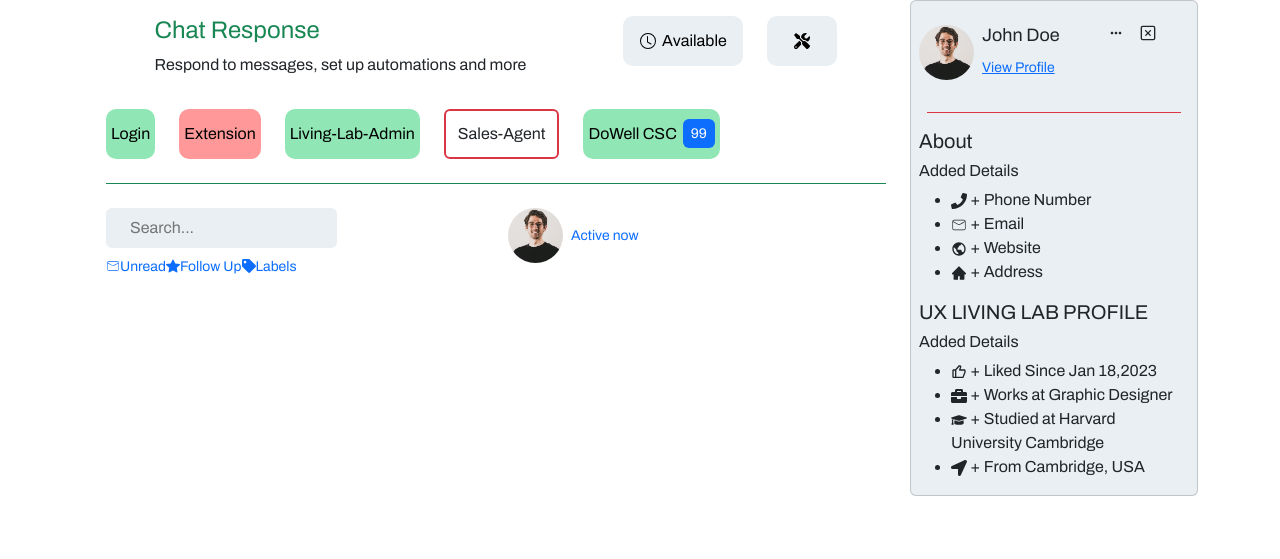
Repository: uh-sman/UX-Living-Lab-Chat
Page: /
The author's editor kept a copy of each file at every save. The page is drawn from the files as they stood at one save, then again after the next save.
The browser window is 1280 px wide. The pictures show the whole page.
The project was rebuilt for these pictures with package versions that can differ from the ones it lists, and the page was loaded fresh each time.

Above is the page before, as saved 2023-05-10 17:10:36.

### public/index.html
<!DOCTYPE html>
<html lang="en">
  <head>
    <meta charset="utf-8" />
    <link rel="icon" href="%PUBLIC_URL%/favicon.ico" />
    <meta name="viewport" content="width=device-width, initial-scale=1" />
    <meta name="theme-color" content="#000000" />
    <meta
      name="description"
      content="Web site created using create-react-app"
    />
    <link rel="apple-touch-icon" href="%PUBLIC_URL%/logo192.png" />
    <!--
      manifest.json provides metadata used when your web app is installed on a
      user's mobile device or desktop. See https://developers.google.com/web/fundamentals/web-app-manifest/
    -->
    <link rel="manifest" href="%PUBLIC_URL%/manifest.json" />
    <!-- font awsome CDN -->

    <link
      rel="stylesheet"
      href="https://cdn.jsdelivr.net/npm/@fortawesome/fontawesome-free@6.2.1/css/fontawesome.min.css"
      integrity="sha384-QYIZto+st3yW+o8+5OHfT6S482Zsvz2WfOzpFSXMF9zqeLcFV0/wlZpMtyFcZALm"
      crossorigin="anonymous"
    />
    <!--
      Notice the use of %PUBLIC_URL% in the tags above.
      It will be replaced with the URL of the `public` folder during the build.
      Only files inside the `public` folder can be referenced from the HTML.

      Unlike "/favicon.ico" or "favicon.ico", "%PUBLIC_URL%/favicon.ico" will
      work correctly both with client-side routing and a non-root public URL.
      Learn how to configure a non-root public URL by running `npm run build`.
    -->
    <title>React App</title>
  </head>
  <body>
    <noscript>You need to enable JavaScript to run this app.</noscript>
    <div id="root"></div>
    <!--
      This HTML file is a template.
      If you open it directly in the browser, you will see an empty page.

      You can add webfonts, meta tags, or analytics to this file.
      The build step will place the bundled scripts into the <body> tag.

      To begin the development, run `npm start` or `yarn start`.
      To create a production bundle, use `npm run build` or `yarn build`.
    -->
  </body>
</html>

### src/index.css
* {
  text-decoration: none;
}

### src/App.js
import "./App.css";
import "bootstrap/dist/css/bootstrap.min.css";
import "bootstrap/dist/js/bootstrap.bundle.min";
import Container from "./container";
function App() {
  return (
    <div className="App">
      <Container />
    </div>
  );
}

export default App;

### src/App.css
@import url("https://fonts.googleapis.com/css2?family=Archivo&display=swap");
:root {
  --header-color: #0d7813;
  /* --button-color :#00000;
  --button-color :#90E7B5; */
  --bg-color: #e9eff3;
  /* #90E7B5 */

  --font: "Archivo", sans-serif;
}

* {
  text-decoration: none;
  /* list-style: none; */
  font-family: "Archivo", sans-serif;
}

.body {
  font-family: "Archivo", sans-serif;
}
.header {
  color: var(--header-color);
  font-family: "Archivo", sans-serif;
}
.button {
  display: flex;
  align-items: center;
  background: var(--bg-color);
  justify-content: center;
  height: 50px;
  width: 120px;
  gap: 6px;
  border: none;
  border-radius: 10px;
}
.button2 {
  display: flex;
  align-items: center;
  background: var(--bg-color);
  justify-content: center;
  height: 50px;
  width: 70px;
  gap: 6px;
  border: none;
  border-radius: 10px;
}
.button3 {
  display: flex;
  align-items: center;
  background: #90e7b5;
  justify-content: center;
  height: 50px;
  max-width: contain;
  padding: 0px 5px;
  gap: 6px;
  border: none;
  border-radius: 10px;
}
.button4 {
  display: flex;
  align-items: center;
  background: #ff9898;
  justify-content: center;
  height: 50px;
  max-width: contain;
  padding: 0px 5px;
  gap: 6px;
  border: none;
  border-radius: 10px;
}
.image-style {
  width: 55px;
  height: 55px;
  border-radius: 500px;
}
.cardBody {
  background-color: var(--bg-color);
}
.input {
  border: var(--bg-color);
  outline: none;
  background: var(--bg-color);
}

### src/container/index.js
import React from "react";
import ChatSection from "./ChatSection";
import DetailsSection from "./DetailsSection";
const Container = () => {
  return (
    <div className="container">
      <div className="d-flex justify-content-around">
        <ChatSection />
        <DetailsSection />
      </div>
    </div>
  );
};

export default Container;

### src/container/ChatSection.js
import React from "react";
import ChatHeader from "./ChatItems/ChatHeader";
import ProfileHead from "./Chats/message/ProfileHead";
import SearchBar from "./Chats/SearchBar";

const ChatSection = () => {
  return (
    <div className="container">
      <ChatHeader />
      {/* chats come here */}
      <div className="d-flex my-2">
        <SearchBar />
        <ProfileHead />
      </div>
    </div>
  );
};

export default ChatSection;

### src/container/DetailsSection.jsx
import React from "react";
import user from "../assets/user.jpg";
import AboutDetails from "./Details/AboutDetails";
import DetailsSectionButton from "./DetailsSectionButton";
const DetailsSection = ({ title, about }) => {
  return (
    <div>
      <div
        className="card"
        style={{ width: "18rem", backgroundColor: "#e9eff3" }}
      >
        <div className="mx-2">
          <div className="d-flex gap-5 mt-4 ">
            <figure className="d-flex gap-2">
              <img src={user} className=" image-style" />
              <div className="">
                <h4 className="body fw-bold" style={{ fontSize: "18px" }}>
                  {title}
                </h4>
                <a href="" className="fw-bold" style={{ fontSize: "14px" }}>
                  View Profile
                </a>
              </div>
            </figure>
            <DetailsSectionButton />
          </div>
          <div className="border-bottom border-danger mx-2 my-3"></div>
          <div className=""></div>
          {/* DETAILS */}
          <AboutDetails />
        </div>
      </div>
    </div>
  );
};
DetailsSection.defaultProps = {
  title: "John Doe",
  about: "About",
};

export default DetailsSection;

### src/container/ChatItems/ChatHeader.jsx
import React from "react";
import Buttons from "./Buttons";
import HeaderButtons from "./HeaderButtons";

const ChatHeader = ({ title, caption }) => {
  return (
    <div className="container">
      <div className=" d-flex justify-content-around my-3">
        <header>
          <h1 className="header fs-4 fw-bold text-success">{title}</h1>
          <p className="fw-medium  Header-font">{caption}</p>
        </header>
        <HeaderButtons />
      </div>
      <Buttons />
      <div className="border-bottom border-success my-4"></div>
    </div>
  );
};

export default ChatHeader;
ChatHeader.defaultProps = {
  title: "Chat Response",
  caption: "Respond to messages, set up automations and more",
};

### src/container/Chats/message/ProfileHead.jsx
import React from "react";
import { FaTrashAlt } from "react-icons/fa";
import user from "../../../assets/user.jpg";
const ProfileHead = () => {
  return (
    <div className="container w-full">
      <div className="d-flex">
        <figure className="d-flex gap-2 align-items-center">
          <img src={user} className=" image-style" />
          <div className="">
            {/* Status active now if true show active */}
            <small className="text-primary">Active now</small>
          </div>
        </figure>
      </div>
    </div>
  );
};

export default ProfileHead;

### src/container/Chats/SearchBar.jsx
import React from "react";
import { FaSearch } from "react-icons/fa";
import Icons from "./Icons";
// BsStarFill;
const SearchBar = () => {
  return (
    <div className="container">
      <div className="overflow-y-scroll">
        <form>
          <input
            className="input rounded bi bi-search py-2 px-4"
            placeholder="Search..."
          />
          <i className="bi bi-search"></i>
        </form>
        <Icons />
      </div>
    </div>
  );
};

export default SearchBar;

### src/container/Details/AboutDetails.jsx
import React from "react";
import {
  FaPhone,
  FaBriefcase,
  FaGraduationCap,
  FaLocationArrow,
} from "react-icons/fa";
import { CiMail } from "react-icons/ci";
import { BiWorld, BiLike } from "react-icons/bi";
import { AiFillHome } from "react-icons/ai";
const AboutDetails = ({ title, ux }) => {
  const data = [
    {
      phone: "Phone Number",
      email: "Email",
      web: "Website",
    },
  ];
  return (
    <div>
      <div className="">
        <h5>{title}</h5>
        <main>
          <h6>Added Details</h6>
          <div className="">
            <ul>
              <li>
                <FaPhone /> + Phone Number
              </li>
              <li>
                <CiMail /> + Email
              </li>
              <li>
                <BiWorld /> + Website
              </li>
              <li>
                <AiFillHome /> + Address
              </li>
            </ul>
          </div>
        </main>
      </div>
      <div className="">
        <h5>{ux}</h5>
        <main>
          <h6>Added Details</h6>
          <div className="">
            <ul>
              <li>
                <BiLike /> + Liked Since Jan 18,2023
                {/* date from the api */}
              </li>
              <li>
                <FaBriefcase /> + Works at Graphic Designer
              </li>
              <li>
                <FaGraduationCap /> + Studied at Harvard University Cambridge
                {/* Place of work from the api */}
              </li>
              <li>
                <FaLocationArrow /> + From Cambridge, USA
              </li>
            </ul>
          </div>
        </main>
      </div>
    </div>
  );
};

export default AboutDetails;

AboutDetails.defaultProps = {
  title: "About",
  ux: "UX LIVING LAB PROFILE",
};

### src/container/DetailsSectionButton.jsx
import React from "react";
import { MdOutlineMoreHoriz } from "react-icons/md";
import { CgCloseR } from "react-icons/cg";
const DetailsSectionButton = () => {
  return (
    <div>
      <div className="d-flex gap-3">
        <MdOutlineMoreHoriz />
        <CgCloseR />
      </div>
    </div>
  );
};

export default DetailsSectionButton;

### src/container/ChatItems/Buttons.jsx
import React from "react";

const Buttons = () => {
  return (
    <div className="d-flex gap-4">
      <button type="button" className="button3">
        Login
      </button>
      <button type="button" className="button4">
        Extension
      </button>
      <button type="button" className="button3">
        Living-Lab-Admin
      </button>
      <button type="button" className="btn border-danger border-2">
        Sales-Agent
      </button>
      <button type="button" className="button3">
        DoWell CSC
        <small className="bg-primary text-white px-2 py-1 rounded">
          {"99"}
        </small>
      </button>
    </div>
  );
};

export default Buttons;

### src/container/ChatItems/HeaderButtons.jsx
import React from "react";
import { BsClock } from "react-icons/bs";
import { FaTools } from "react-icons/fa";
const HeaderButtons = () => {
  return (
    <div className="d-flex gap-4">
      <button type="button" className="button">
        <BsClock className="" />
        Available
      </button>
      <button type="button" className="button2">
        <FaTools />
      </button>
    </div>
  );
};

export default HeaderButtons;

### src/container/Chats/Icons.jsx
import React from "react";
import { CiMail } from "react-icons/ci";
import { BsStarFill } from "react-icons/bs";
import { FaTag } from "react-icons/fa";
const Icons = () => {
  return (
    <div>
      <div className="d-flex text-primary my-2">
        <small className="d-flex align-items-center">
          <CiMail /> Unread
        </small>
        <small className="d-flex align-items-center">
          <BsStarFill /> Follow Up
        </small>
        <small className="d-flex align-items-center">
          <FaTag />
          Labels
        </small>
      </div>
    </div>
  );
};

export default Icons;

Loaded but not shown: src/index.js (common file)

After the next save:
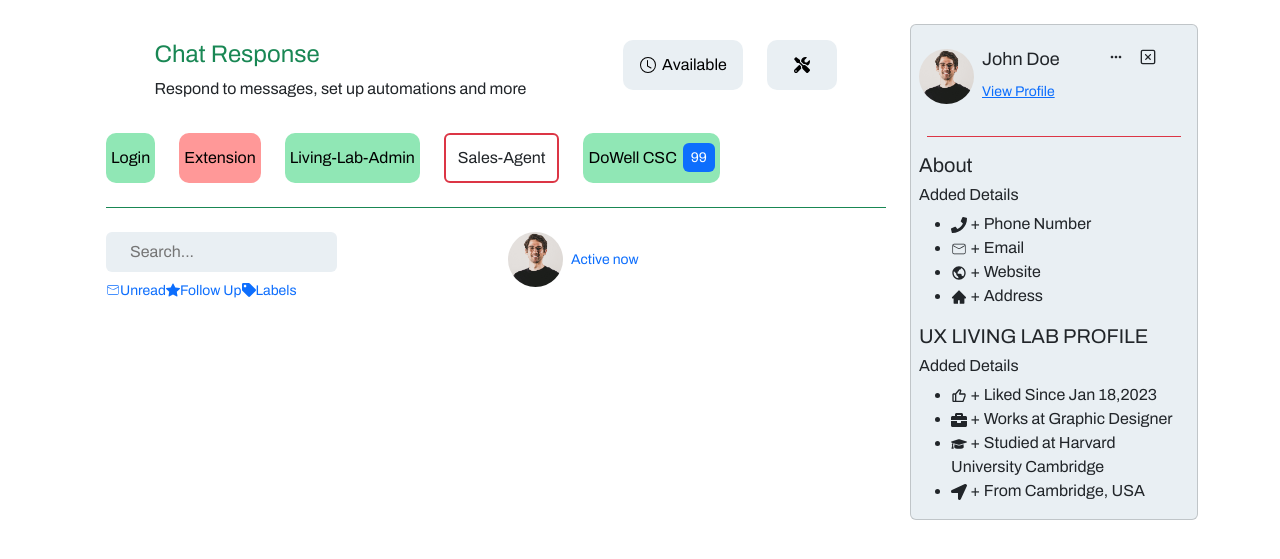
Saved 24 s later.
--- a/src/container/index.js
+++ b/src/container/index.js
@@ -4,7 +4,7 @@ import DetailsSection from "./DetailsSection";
 const Container = () => {
   return (
     <div className="container">
-      <div className="d-flex justify-content-around">
+      <div className="d-flex justify-content-around my-4">
         <ChatSection />
         <DetailsSection />
       </div>
